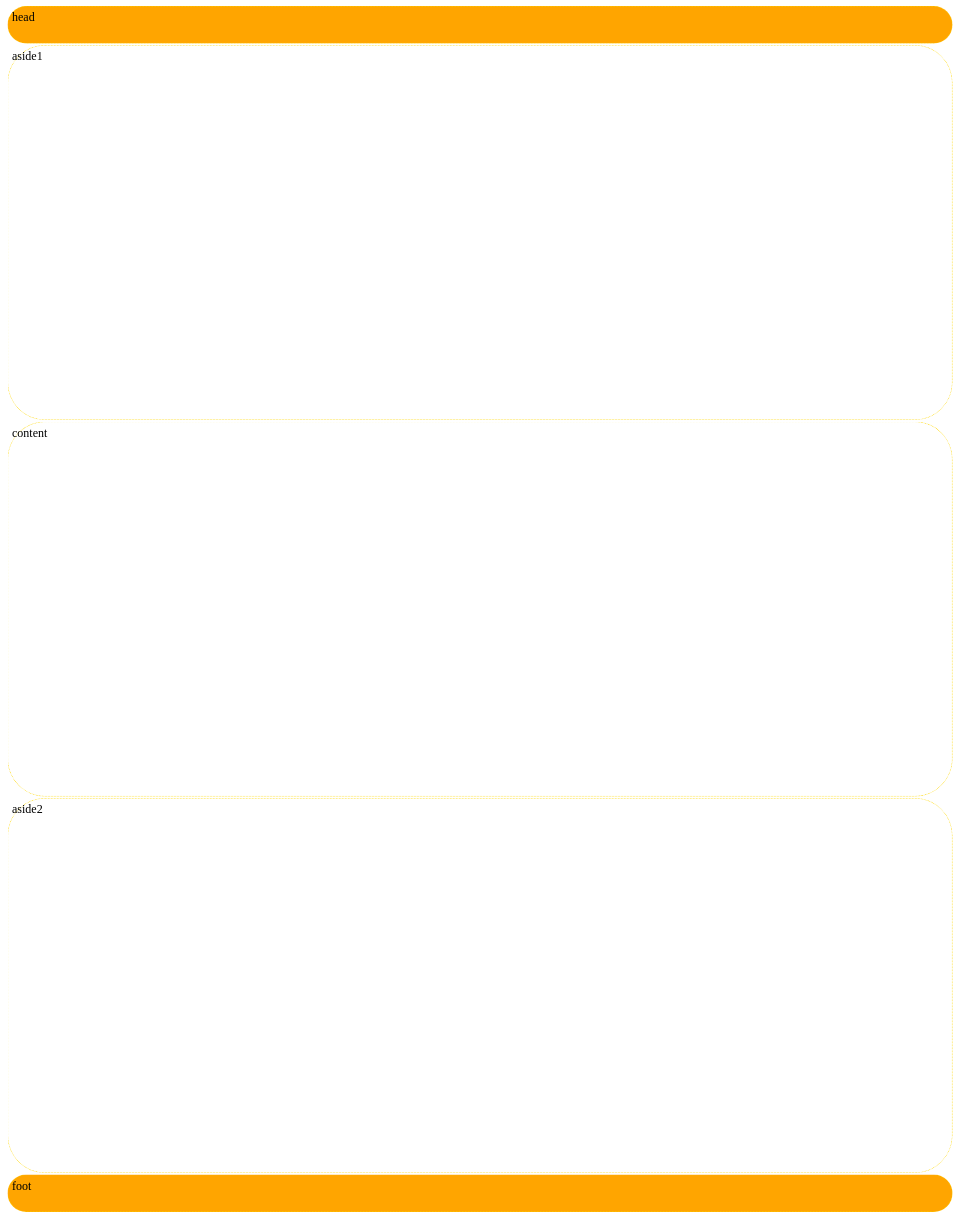
Repository: seonyeob94/BasicWeb
Page: webpro/src/main/webapp/0313/레이아웃_div.html
These files come from the project's save history. The page is drawn as it stood at one moment and after the next save; the edit follows.
The browser window is 1280 px wide. The pictures show the whole page, at 75% of full size.

Above is the page before, as saved 2025-03-13 00:35:59.

After the next save:
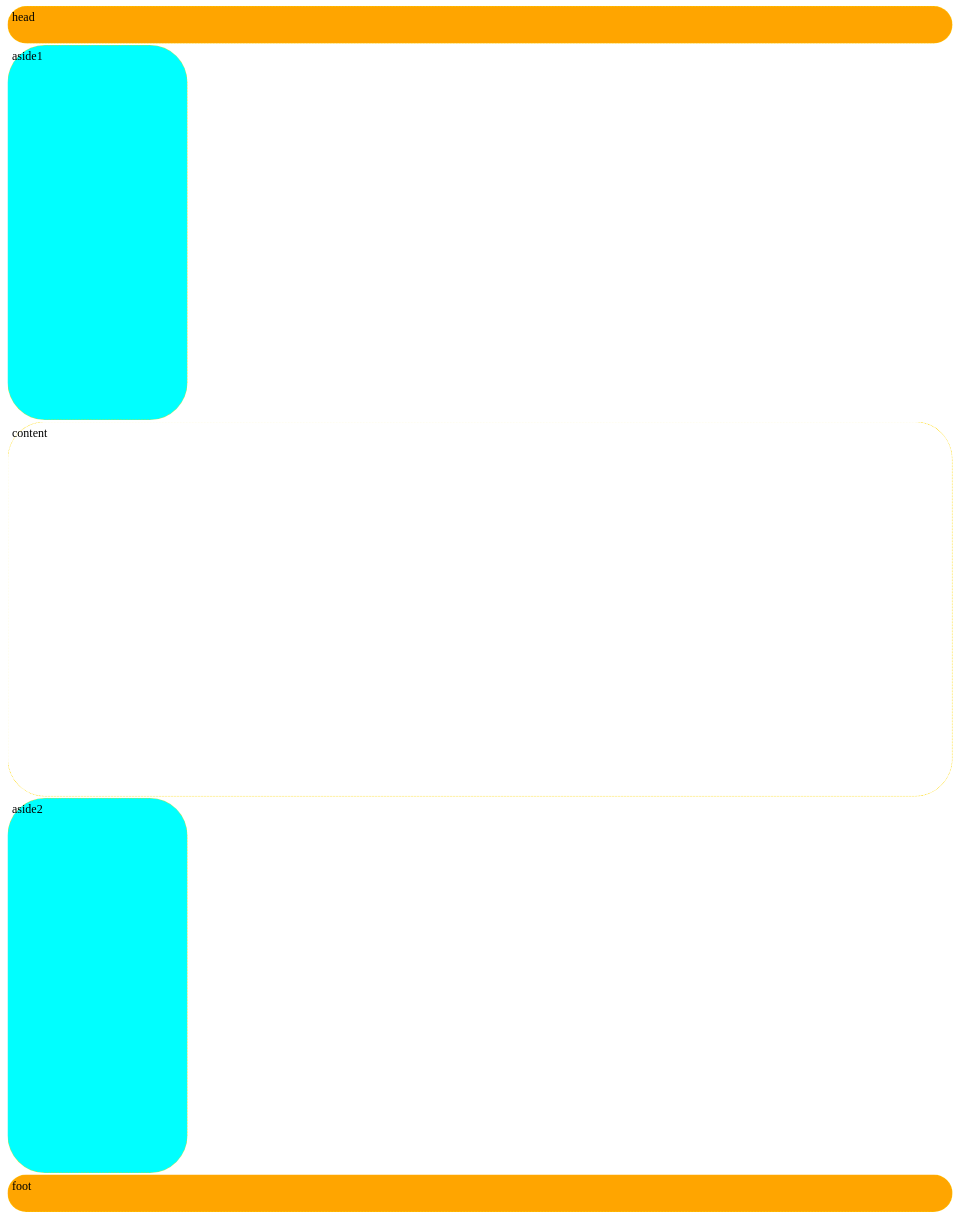
Saved 92 s later.
--- a/webpro/src/main/webapp/0313/레이아웃_div.html
+++ b/webpro/src/main/webapp/0313/레이아웃_div.html
@@ -18,6 +18,10 @@ div{
 #aside1,#aside2,#content{
   height: 500px;
 }
+#aside1,#aside2{
+  width: 19%;
+  background: cyan;
+}
 </style>
 
 </head>
